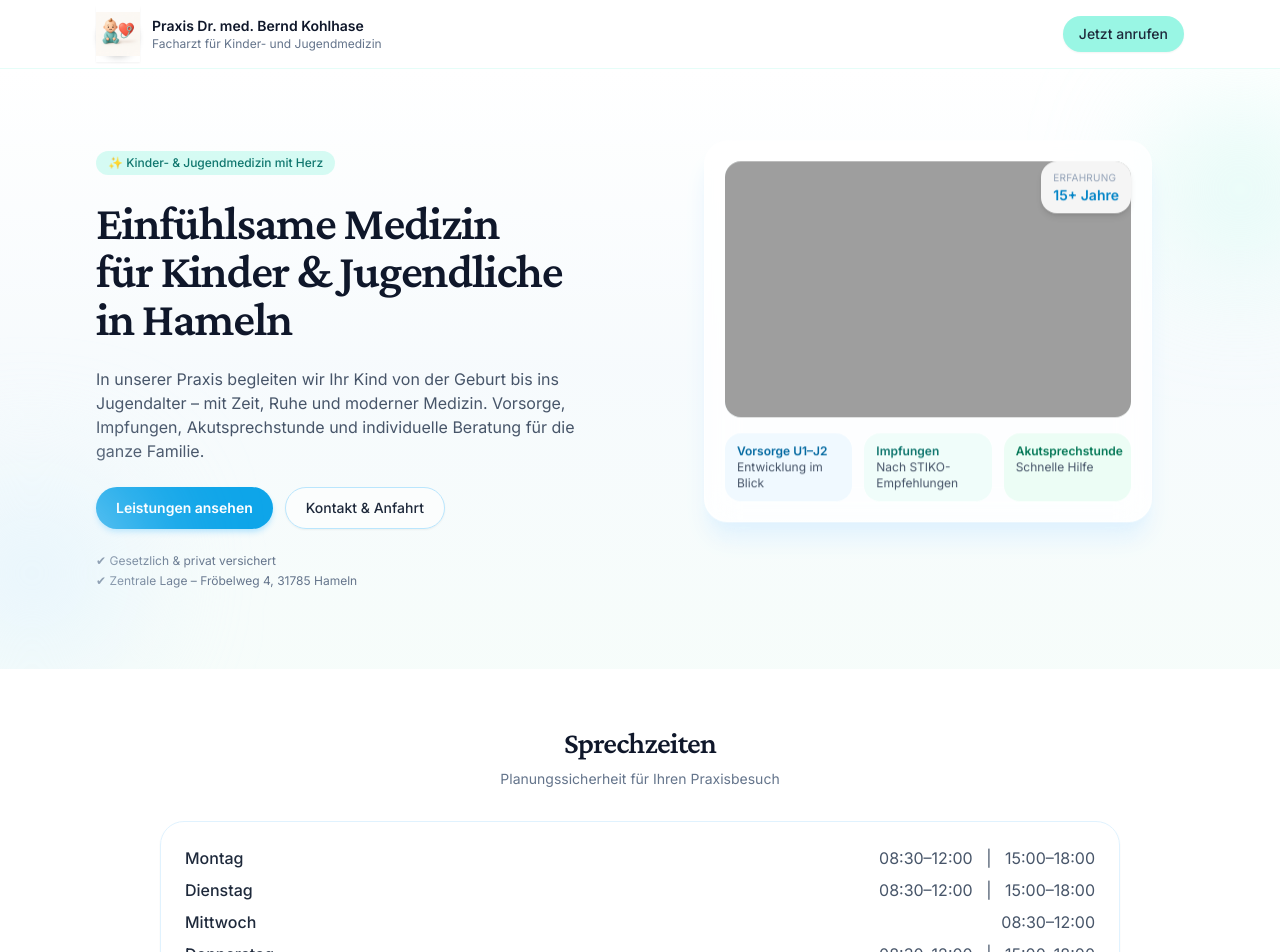
Repository: NikolajMalisch/kinderartz-web
Page: index.html
An editor plug-in stored every save of this project. The page is shown before and after the next save, followed by the edit.
The browser window is 1280 px wide. The pictures show the part of the page from y = 0 to 952 px (the page is 2595 px tall).
Pictures or frames that could not be fetched are drawn as grey boxes. Some web libraries are served in a nearby version.

Above is the page before, as saved 2025-12-11 21:19:03.

After the next save:
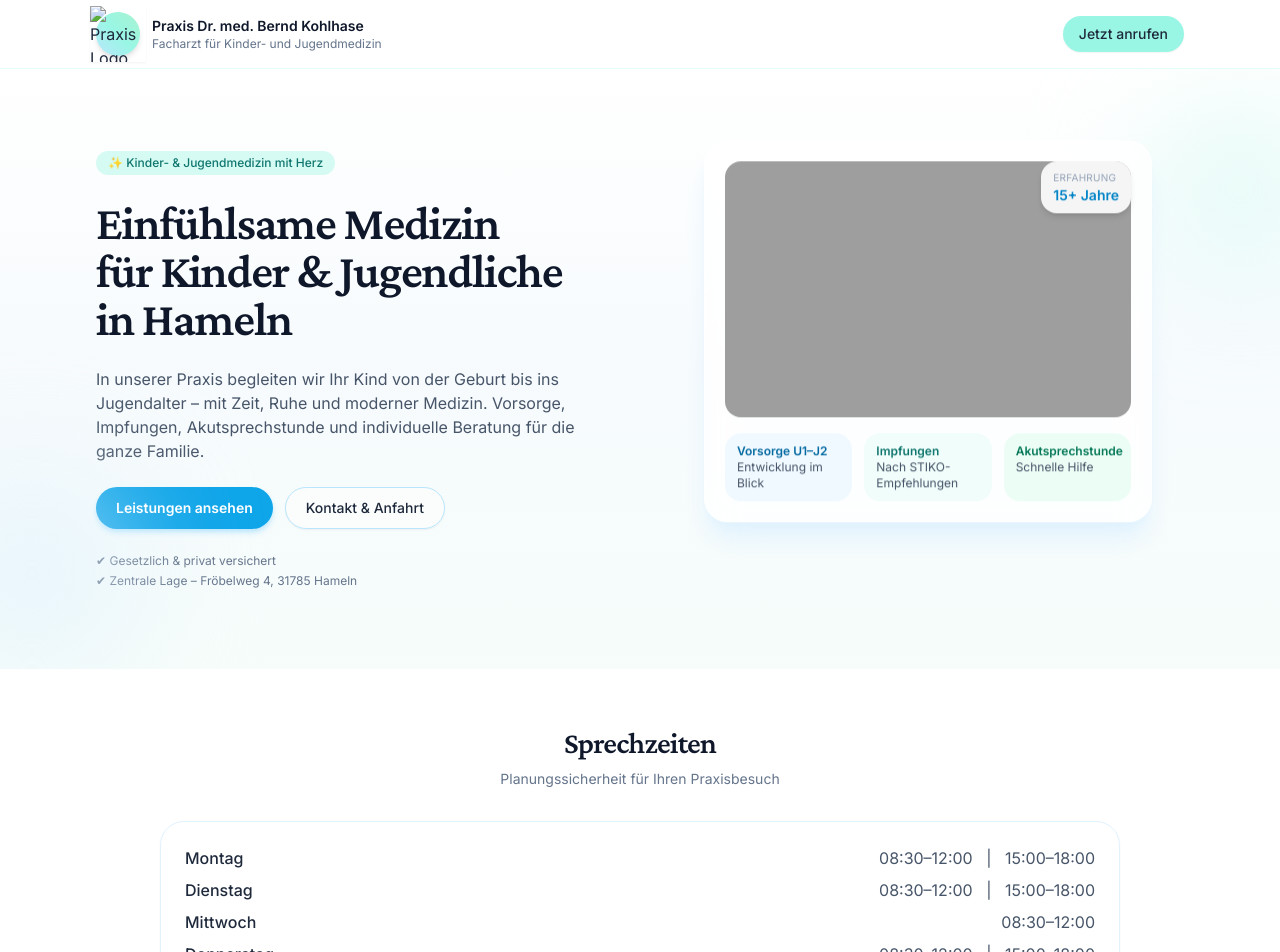
Not found: images/images/2[1].webp
Saved 7 min 29 s later.
--- a/index.html
+++ b/index.html
@@ -65,7 +65,7 @@
                     class="flex h-11 w-11 items-center justify-center rounded-full bg-gradient-to-tr from-sky-200 via-teal-200 to-emerald-200 shadow-md">
                     <!-- Mini Logo Bubble (можно позже заменить на svg-лого) -->
                     <div class="flex items-center">
-                    <img src="images/logo.webp"
+                    <img src="images/images\2[1].webp"
                     alt="Praxis Logo"
                     class="h-14 w-14 object-contain rounded-none shadow-sm" />
                     </div>
